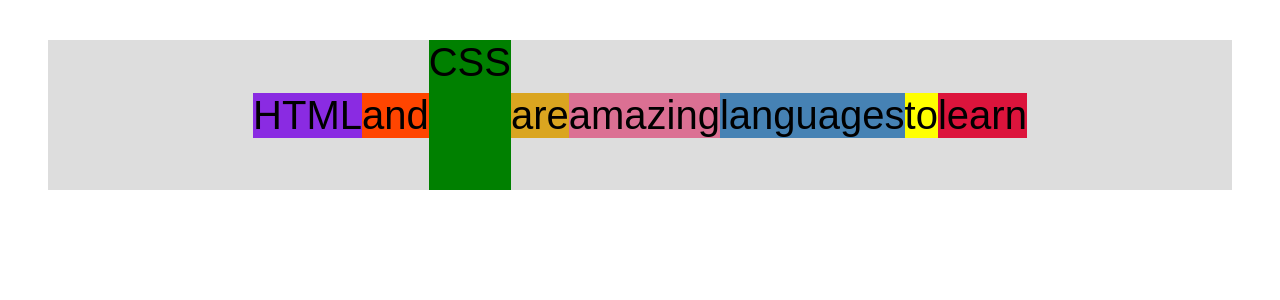
Repository: nghiakma/HTML-CSS-Fundamental
Page: HTML/flexbox.html
The author's editor kept a copy of each file at every save. The page is drawn from the files as they stood at one save, then again after the next save.
The browser window is 1280 px wide. The pictures show the whole page.

Above is the page before, as saved 2023-08-23 12:29:06.

### HTML/flexbox.html
<!DOCTYPE html>
<html lang="en">

<head>
  <meta charset="UTF-8" />
  <meta http-equiv="X-UA-Compatible" content="IE=edge" />
  <meta name="viewport" content="width=device-width, initial-scale=1.0" />
  <title>Flexbox</title>
  <style>
    .el--1 {
      background-color: blueviolet;
    }

    .el--2 {
      background-color: orangered;
    }

    .el--3 {
      background-color: green;
      height: 150px;
    }

    .el--4 {
      background-color: goldenrod;
    }

    .el--5 {
      background-color: palevioletred;
    }

    .el--6 {
      background-color: steelblue;
    }

    .el--7 {
      background-color: yellow;
    }

    .el--8 {
      background-color: crimson;
    }

    /*Vung chua flex lay chieu cao cua phan tu cao nhat*/
    .container {
      /* STARTER */
      font-family: sans-serif;
      background-color: #ddd;
      font-size: 40px;
      margin: 40px;
      display: flex;
      /* FLEXBOX */
      /*Chieu cao cua cac phan tu tu dong keo dai bang phan tu cao nhat*/
      /* align-items: stretch; */
      align-items: center;
      justify-content: center;
    }
  </style>
</head>

<body>
  <div class="container">
    <div class="el el--1">HTML</div>
    <div class="el el--2">and</div>
    <div class="el el--3">CSS</div>
    <div class="el el--4">are</div>
    <div class="el el--5">amazing</div>
    <div class="el el--6">languages</div>
    <div class="el el--7">to</div>
    <div class="el el--8">learn</div>
  </div>
</body>

</html>

After the next save:
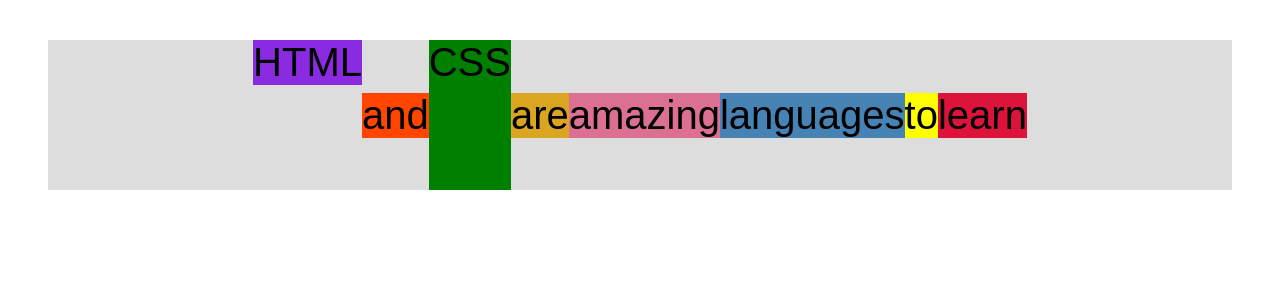
Saved 6 min 7 s later.
--- a/HTML/flexbox.html
+++ b/HTML/flexbox.html
@@ -54,6 +54,10 @@
       align-items: center;
       justify-content: center;
     }
+
+    .el--1 {
+      align-self: flex-start;
+    }
   </style>
 </head>
 

After the save that followed:
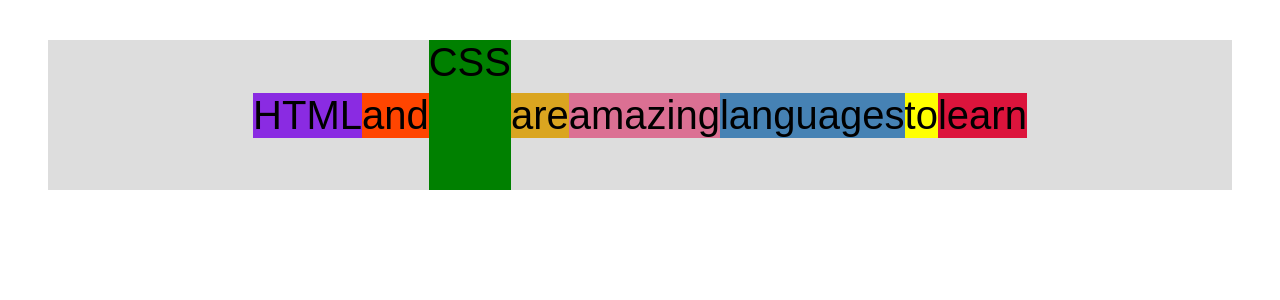
Saved 26 s later.
--- a/HTML/flexbox.html
+++ b/HTML/flexbox.html
@@ -54,10 +54,6 @@
       align-items: center;
       justify-content: center;
     }
-
-    .el--1 {
-      align-self: flex-start;
-    }
   </style>
 </head>
 
